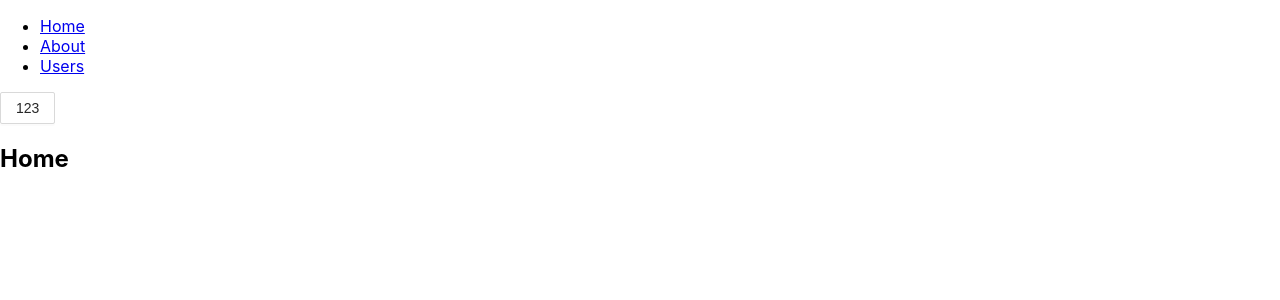
Repository: KouSum/km-vite-react
Page: /repos
An editor plug-in stored every save of this project. The page is shown before and after the next save, followed by the edit.
The browser window is 1280 px wide. The pictures show the whole page.
The project was rebuilt for these pictures with package versions that can differ from the ones it lists, and the page was loaded fresh each time. Also part of the build but not shown: vite.config.ts.

Above is the page before, as saved 2021-03-06 20:27:51.

After the next save:
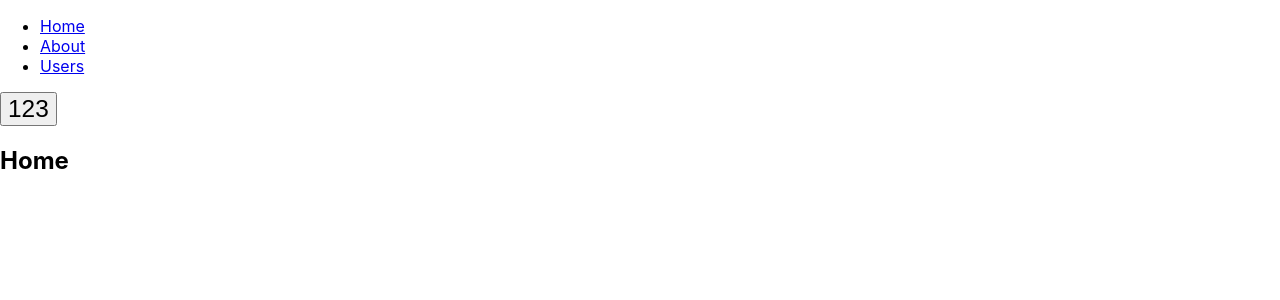
Saved 23 s later.
--- a/src/App.tsx
+++ b/src/App.tsx
@@ -8,8 +8,6 @@ import {
 import {
   Button
 } from "antd";
-import 'antd/lib/button/style/index.css';
-//import 'antd/dist/antd.css'; // or 'antd/dist/antd.less'
 import './App.css'
 
 
